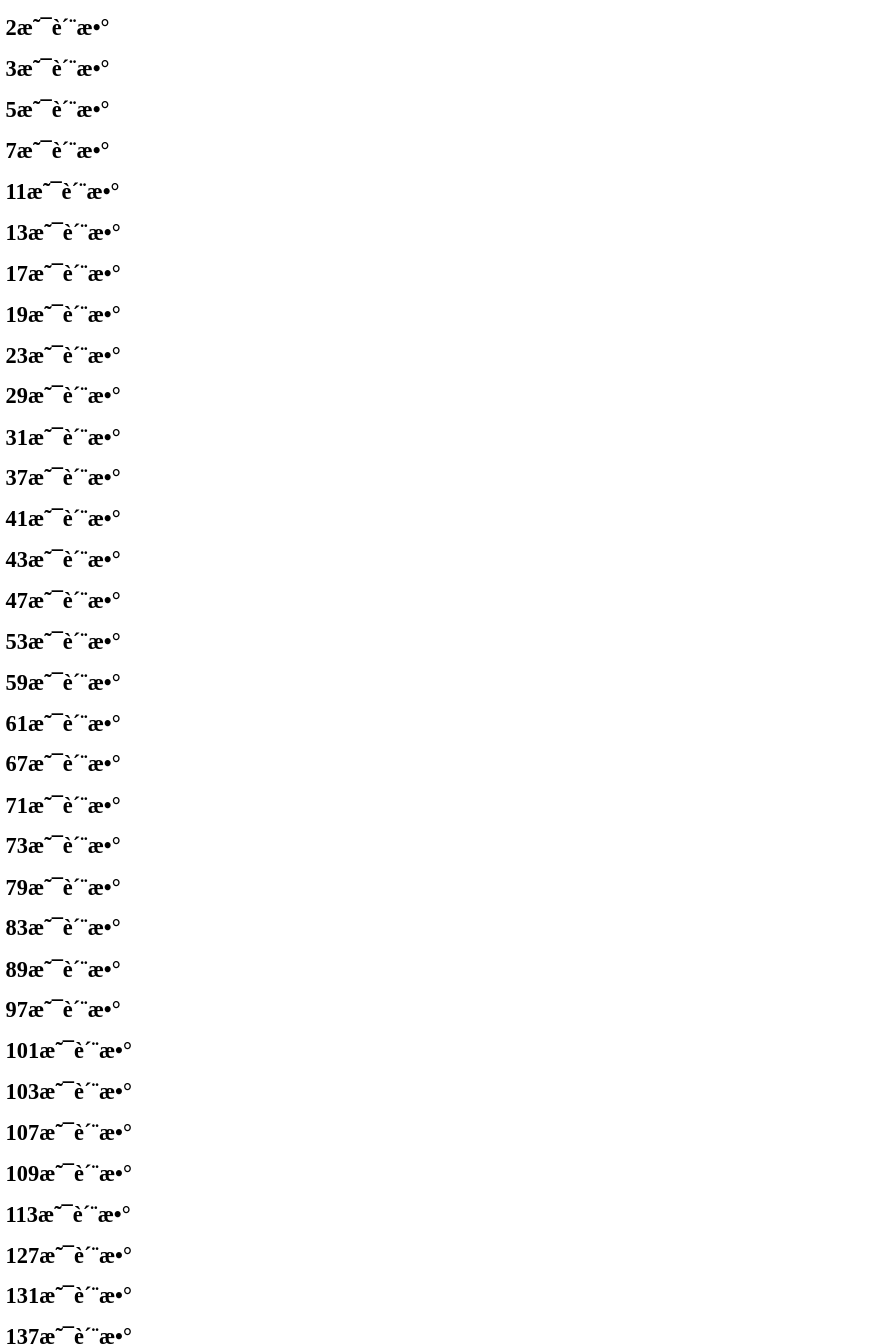
Repository: PeiroJack/eclipse-workspace
Page: http://localhost/MyJsp/prime.jsp
The author's editor kept a copy of each file at every save. The page is drawn from the files as they stood at one save, then again after the next save.
The browser window is 1280 px wide. The pictures show the part of the page from y = 0 to 1920 px (the page is 9839 px tall), at 70% of full size.
The page is served by Tomcat 9.

Above is the page before, as saved 2020-03-13 16:25:19.

### MyJsp/WebContent/prime.jsp
<%@ page import="java.util.*,java.text.*" language="java" contentType="text/html; charset=ISO-8859-1"
    pageEncoding="ISO-8859-1"%>
<!DOCTYPE html>
<html>
<head>
<meta charset="ISO-8859-1">
<title>Insert title here</title>
</head>
<body>

	<%!
	boolean isPrime(int num){
		boolean flag = true;
		for(int j = 2 ; j < num ;j++){
			if(num % j == 0){
				flag = false;
				break;
			}
		}
		return flag;
	}
	%>
	<%
		List<Integer> primes = new ArrayList();
		for(int i = 2 ; i<=1000 ; i++){
			if(isPrime(i) == true){
				//out.println("<h1>" + i + "</h1>");
				primes.add(i);
			}
		}

	%>
	<%
		for(int p:primes){
			out.println("<h1>" + p + "是质数</h1>");
		}
	%>
</body>
</html>

After the next save:
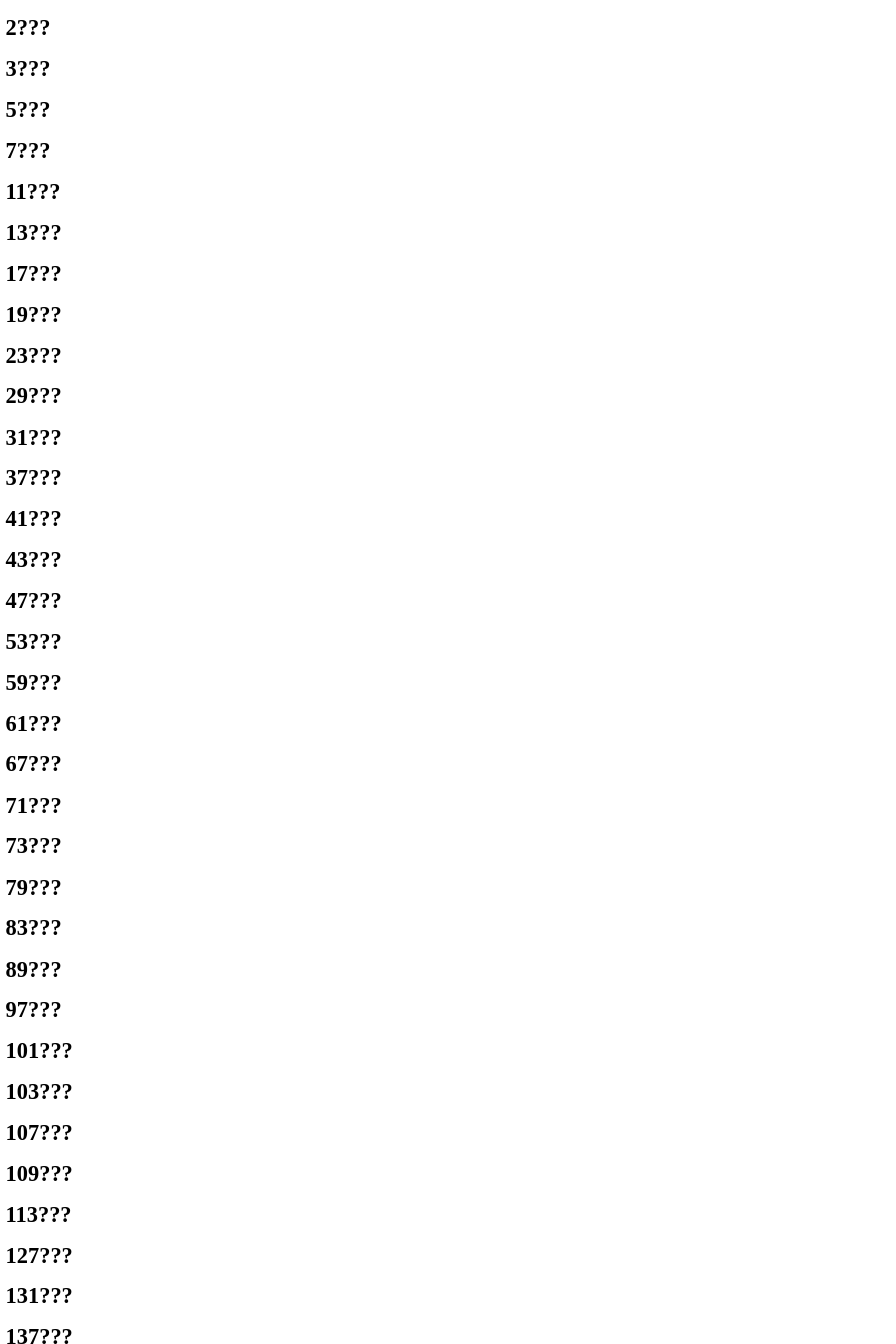
Saved 19 s later.
--- a/MyJsp/WebContent/prime.jsp
+++ b/MyJsp/WebContent/prime.jsp
@@ -1,5 +1,5 @@
 <%@ page import="java.util.*,java.text.*" language="java" contentType="text/html; charset=ISO-8859-1"
-    pageEncoding="ISO-8859-1"%>
+    pageEncoding="UTF-8"%>
 <!DOCTYPE html>
 <html>
 <head>
